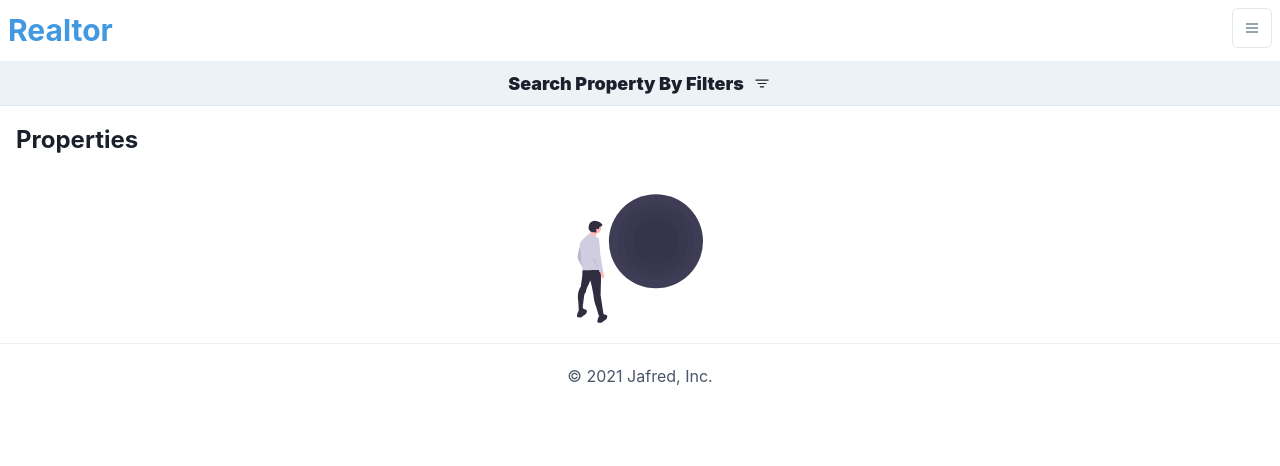
Repository: jafredk/Realestate
Page: /search
These files come from the project's save history. The page is drawn as it stood at one moment and after the next save; the edit follows.
The browser window is 1280 px wide. The pictures show the whole page.
The project was rebuilt for these pictures with package versions that can differ from the ones it lists, and the page was loaded fresh each time. The framework's server and built-in components were replaced by stand-ins that run in the browser. Also part of the build but not shown: next.config.js, components/SearchFilters.jsx, components/Property.jsx.

Above is the page before, as saved 2022-01-27 12:33:13.

### pages/_app.js
import Router from 'next/router';
import Head from 'next/head';
import NProgress from 'nprogress';
import { ChakraProvider } from '@chakra-ui/react';

import Layout from '../components/Layout';

function MyApp({ Component, pageProps }) {
  return (
    <>
      <Head>

      </Head>

      <ChakraProvider>
        <Layout>
          <Component {...pageProps} />
        </Layout>
      </ChakraProvider>
    </>
  )
}

export default MyApp

### pages/search.js
import { useState } from 'react';
import { useRouter } from 'next/router';
import Image from 'next/image'
import { Flex, Box, Text, Icon } from '@chakra-ui/react';
import { BsFilter } from 'react-icons/bs';

import SearchFilters from '../components/SearchFilters';
import Property from '../components/Property';
import noresult from '../assets/images/noresult.svg'



const Search = ({ properties }) => {
    const [searchFilters, setSearchFilters] = useState(false);
    const router = useRouter();

    return (
        <Box>
            <Flex
             onClick={() => setSearchFilters(!searchFilters)}
             cursor='pointer'
             bg='gray.100'
             borderBottom='1px'
             borderColor='gray.200'
             p='2'
             fontWeight='black'
             fontSize='lg'
             justifyContent='center'
             alignItems='center'
            >
            <Text>Search Property By Filters</Text>
            <Icon paddingLeft='2' w='7' as={BsFilter} />

            </Flex>

            {searchFilters && <SearchFilters />}
      <Text fontSize='2xl' p='4' fontWeight='bold'>
        Properties {router.query.purpose}
      </Text>

      <Flex flexWrap='wrap'>
        {[].map((property) => <Property property={property} key={property.id} />)}
      </Flex>
      {[].length === 0 && (
        <Flex justifyContent='center' alignItems='center' flexDir='column' marginTop='5' marginBottom='5'>
          <Image src={noresult} />

        </Flex>
      )}
        </Box>
    )
}

export default Search;

### components/Layout.jsx
import Head from 'next/head';
import { Box } from '@chakra-ui/react';
import Navbar from './Navbar';
import Footer from './Footer';


export default function Layout({ children }) {
  return (
    <>
      <Head>
        <title>Real Estate</title>
      </Head>
      <Box maxWidth='1280px' m='auto'>
        <header>
          <Navbar />
        </header>
        <main>
            {children}
        </main>
        <footer>
          <Footer />
        </footer>
      </Box>
    </>
  );
}

### components/Navbar.jsx
import Link from 'next/link';
import { Menu, MenuButton, MenuList, MenuItem, IconButton, Flex, Box, Spacer } from '@chakra-ui/react';
import { FcMenu, FcHome, FcAbout } from 'react-icons/fc';
import { BsSearch } from 'react-icons/bs';
import { FiKey } from 'react-icons/fi';


const Navbar = () => (
    <Flex p='2' borderBottom='1px' borderColor='gray.100'>
      <Box fontSize='3xl' color='blue.400' fontWeight='bold'>
        <Link href='/' paddingLeft='2'>Realtor</Link>
      </Box>
      <Spacer />
      <Box>
        <Menu>
          <MenuButton as={IconButton} icon={<FcMenu />} variant='outline' color='red.400' />
          <MenuList>
            <Link href='/' passHref>
              <MenuItem icon={<FcHome />}>Home</MenuItem>
            </Link>
            <Link href='/search' passHref>
              <MenuItem icon={<BsSearch />}>Search</MenuItem>
            </Link>
            <Link href='/search?purpose=for-sale' passHref>
              <MenuItem icon={<FcAbout />}>Buy Property</MenuItem>
            </Link>
            <Link href='/search?purpose=for-rent' passHref>
              <MenuItem icon={<FiKey />}>Rent Property</MenuItem>
            </Link>
          </MenuList>
        </Menu>
      </Box>
    </Flex>
  );

  export default Navbar;

### components/Footer.jsx
import { Box } from '@chakra-ui/layout';

const Footer = () => (
  <Box textAlign='center' p='5' color='gray.600' borderTop='1px' borderColor='gray.100'>
    © 2021 Jafred, Inc.
  </Box>
);

export default Footer;

After the next save:
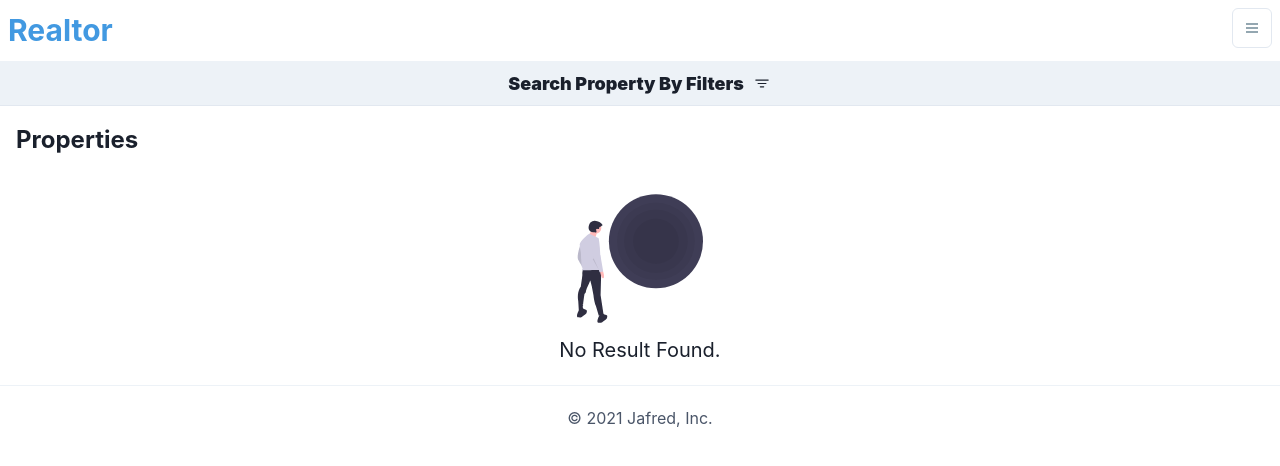
Saved 29 s later.
--- a/pages/search.js
+++ b/pages/search.js
@@ -44,6 +44,7 @@ const Search = ({ properties }) => {
       {[].length === 0 && (
         <Flex justifyContent='center' alignItems='center' flexDir='column' marginTop='5' marginBottom='5'>
           <Image src={noresult} />
+          <Text fontSize='xl' marginTop='3'>No Result Found.</Text>
 
         </Flex>
       )}
